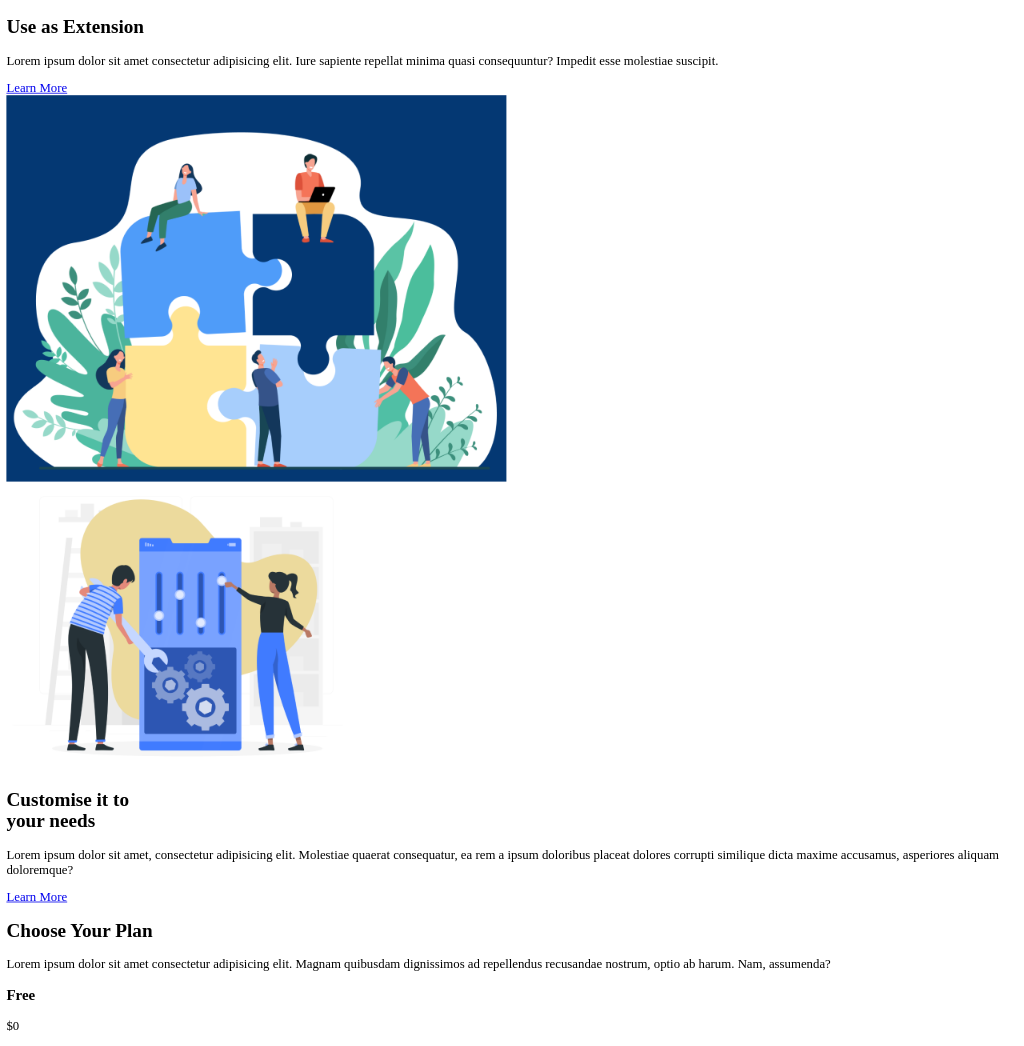
Repository: rinesagajtani0/whitespace_saas
Page: index.html
The author's editor kept a copy of each file at every save. The page is drawn from the files as they stood at one save, then again after the next save.
The browser window is 1280 px wide. The pictures show the whole page, at 80% of full size.

Above is the page before, as saved 2025-11-01 16:01:10.

### index.html
<!DOCTYPE html>
<html lang="en">
  <head>
    <meta charset="UTF-8" />
    <meta name="viewport" content="width=device-width, initial-scale=1.0" />
    <title>Document</title>
    <link rel="stylesheet" href="style.css" />
  </head>
  <body>
    <section class="hero hero-blue">
      <div class="hero__container">
        <div class="hero__content">
          <h2 class="hero__title">
            Use as <span class="highlight">Extension</span>
          </h2>
          <p class="hero__text">
            Lorem ipsum dolor sit amet consectetur adipisicing elit. Iure
            sapiente repellat minima quasi consequuntur? Impedit esse molestiae
            suscipit.
          </p>
          <a href="#" class="hero__btn btn btn--light">Learn More </a>
        </div>

        <div class="hero__image">
          <img src="img/foto1.png" alt="" />
        </div>
      </div>
    </section>

    <section class="costumsize">
      <div class="customise__container">
        <div class="customise__image">
          <img src="img/foto2.png" alt="" />
        </div>

        <div class="customise__content">
          <h2 class="customise__title">
            Customise it to <br />
            your needs
          </h2>
          <p class="customise__text">
            Lorem ipsum dolor sit amet, consectetur adipisicing elit. Molestiae
            quaerat consequatur, ea rem a ipsum doloribus placeat dolores
            corrupti similique dicta maxime accusamus, asperiores aliquam
            doloremque?
          </p>
          <a href="#" class="hero__btn btn btn--light">Learn More </a>
        </div>
      </div>
    </section>

    <section class="pricing">
      <div class="pricing__container">
        <h2 class="pricing__title">
          Choose <span class="highlight">Your Plan</span>
        </h2>
        <p class="pricing__text">
          Lorem ipsum dolor sit amet consectetur adipisicing elit. Magnam
          quibusdam dignissimos ad repellendus recusandae nostrum, optio ab
          harum. Nam, assumenda?
        </p>
      </div>

      <div class="pricing__cards">
        <div class="pricing__card">
          <h3 class="pricing__plan">Free</h3>
          <p class="pricing__price">$0</p>
        </div>
      </div>
    </section>
  </body>
</html>

Loaded but not shown: style.css (no stored copy; drawn as an empty file)

After the next save:
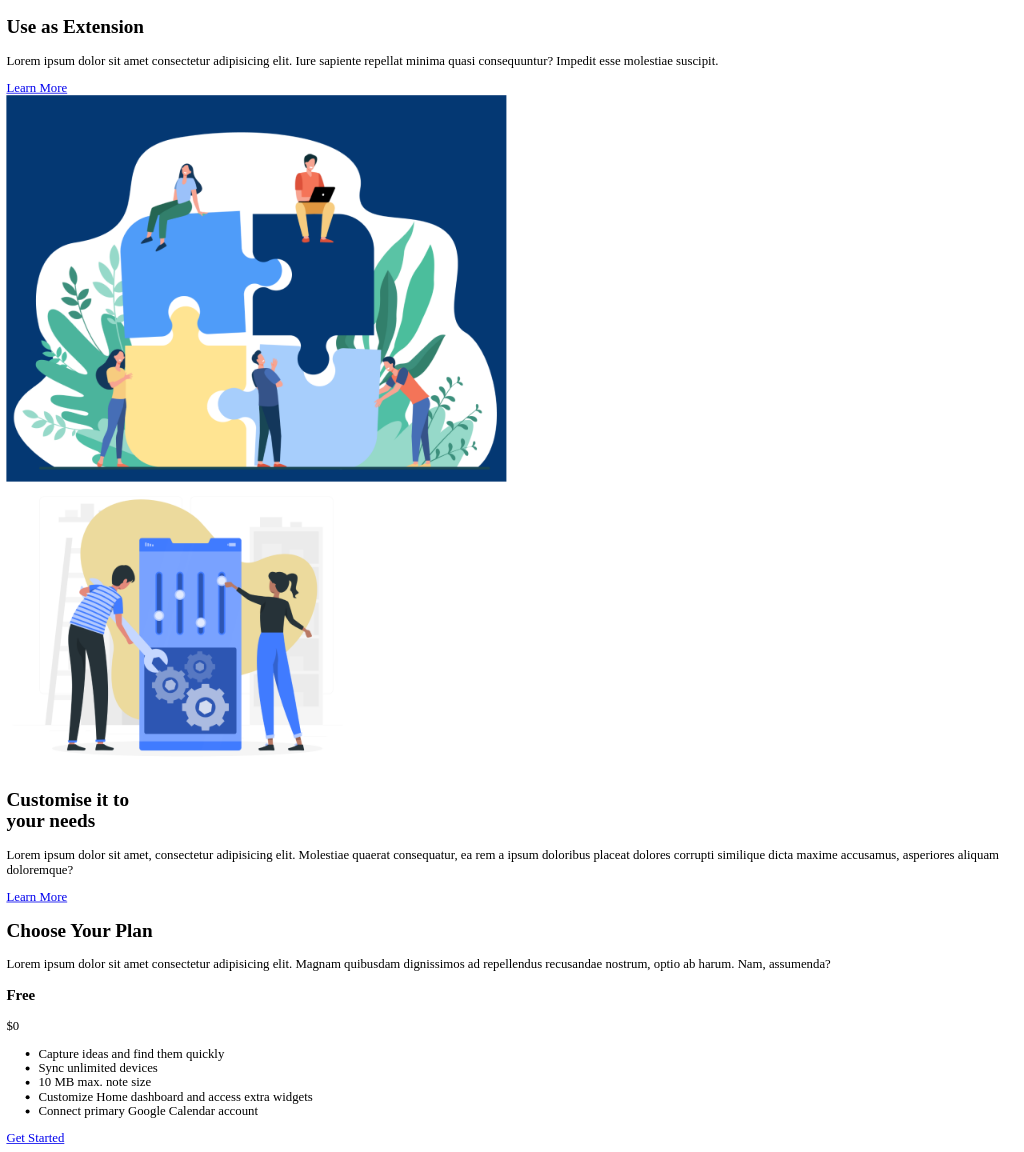
Saved 24 s later.
--- a/index.html
+++ b/index.html
@@ -65,6 +65,15 @@
         <div class="pricing__card">
           <h3 class="pricing__plan">Free</h3>
           <p class="pricing__price">$0</p>
+           <ul class="pricing__features">
+            <li>Capture ideas and find them quickly</li>
+            <li>Sync unlimited devices</li>
+            <li>10 MB max. note size</li>
+            <li>Customize Home dashboard and access extra widgets</li>
+            <li>Connect primary Google Calendar account</li>
+          </ul>
+          <a href="#" class="btn btn--outline">Get Started</a>
+        </div>
         </div>
       </div>
     </section>
